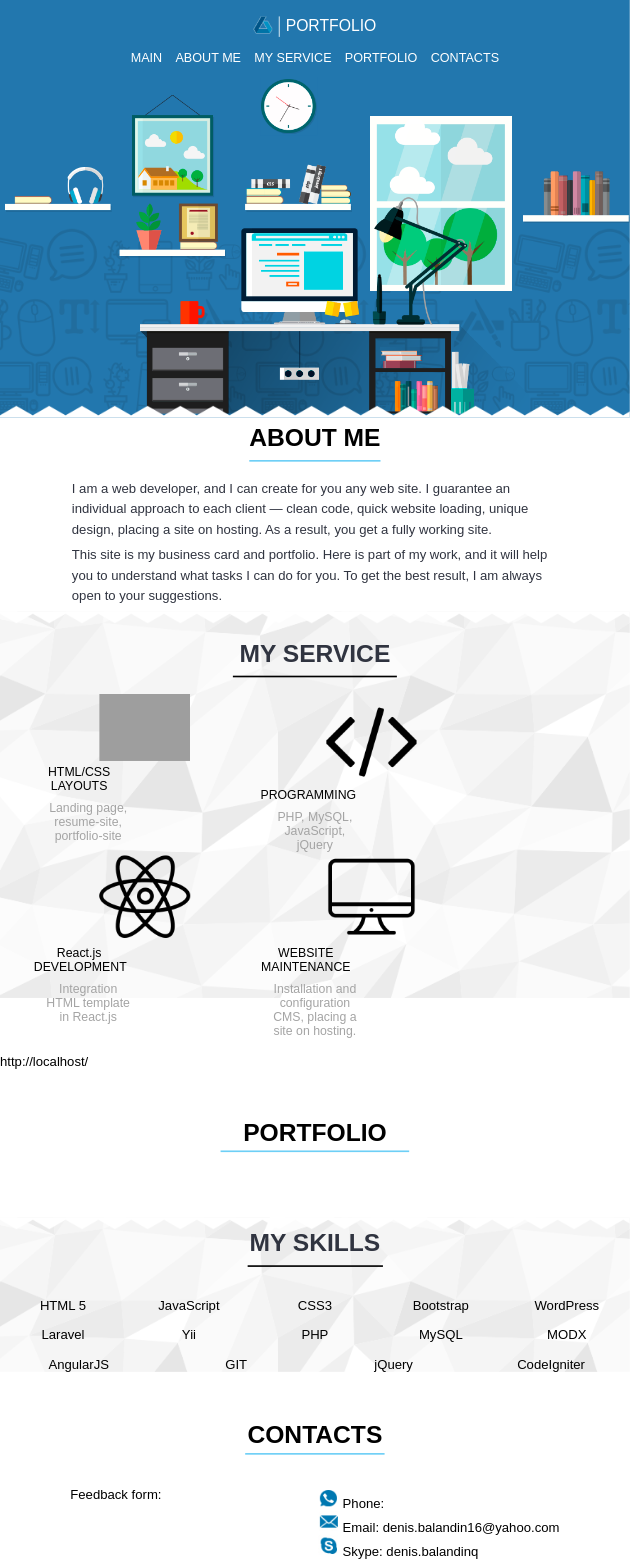
Repository: DenisBalandin/Portfolio
Page: /
The author's editor kept a copy of each file at every save. The page is drawn from the files as they stood at one save, then again after the next save.
The browser window is 768 px wide. The pictures show the whole page, at 82% of full size.
Pictures or frames that could not be fetched are drawn as grey boxes. The page's requests for data from a server got no answer. The project was rebuilt for these pictures with package versions that can differ from the ones it lists, and the page was loaded fresh each time. No one was signed in, and anything a server would have sent is missing. Also part of the build but not shown: src/ItemPage.js.

Above is the page before, as saved 2020-03-07 15:25:17.

After the next save:
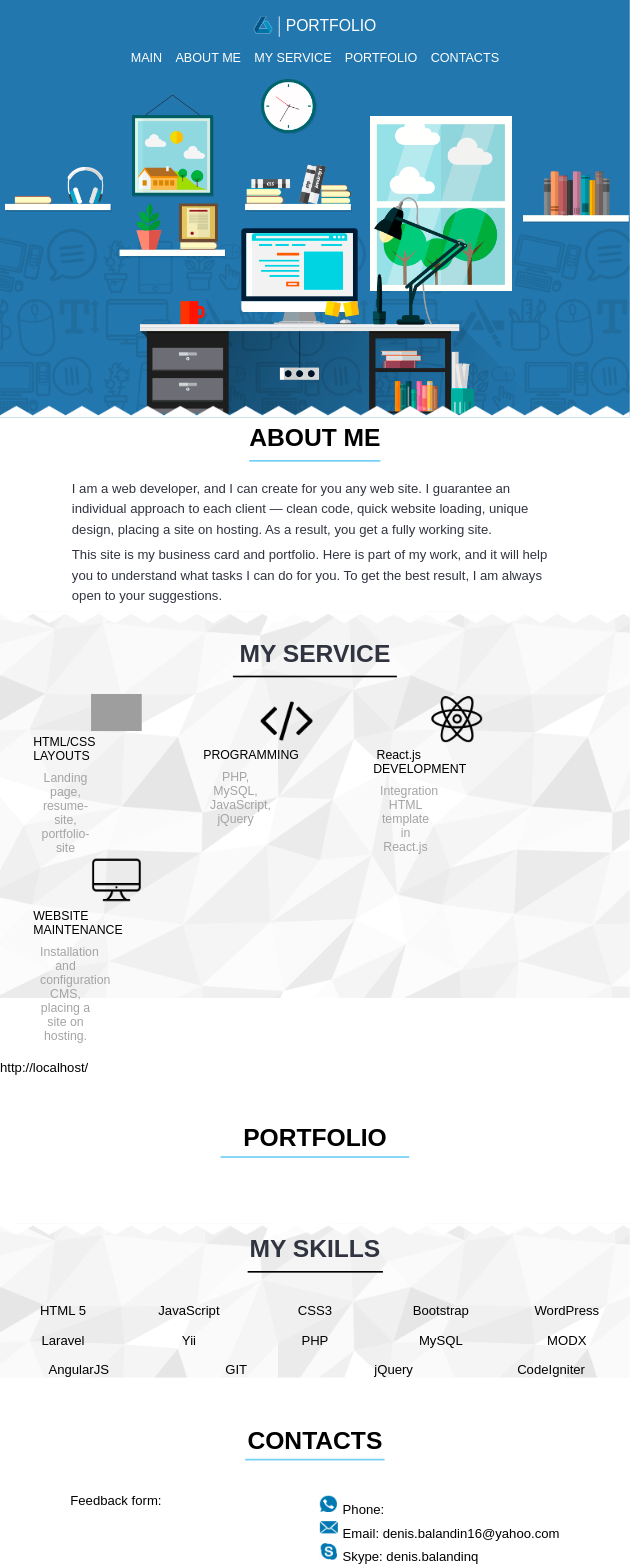
Saved 7 s later.
--- a/src/style.scss
+++ b/src/style.scss
@@ -439,7 +439,7 @@
     #my_service{
         flex-wrap: wrap;
         div{
-            width: 40%!important;
+            width: 30%!important;
         }
 
     }
